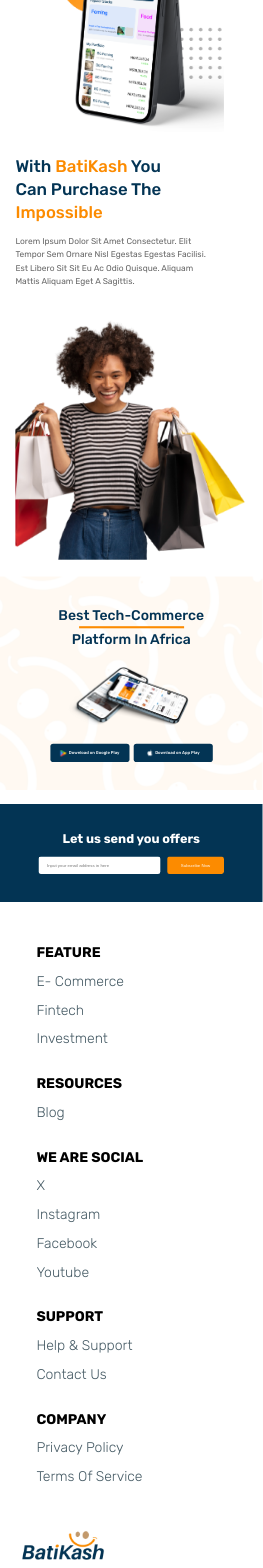
Repository: Batikashdev/batikash-website
Page: /
The author's editor kept a copy of each file at every save. The page is drawn from the files as they stood at one save, then again after the next save.
The browser window is 375 px wide. The pictures show the part of the page from y = 1952 to 4192 px (the page is 4192 px tall before and 4152 px after), at 70% of full size.
The project was rebuilt for these pictures with package versions that can differ from the ones it lists, and the page was loaded fresh each time. Also part of the build but not shown: vite.config.js, src/App.css, src/pages/About.jsx, src/components/blog/blog.scss, src/components/blog/BlogPost.jsx, src/components/blog/Frame1.jsx, src/components/blog/dummydate.js, src/pages/Blog.jsx and 6 more.

Above is the page before, as saved 2024-06-23 13:49:43.

After the next save:
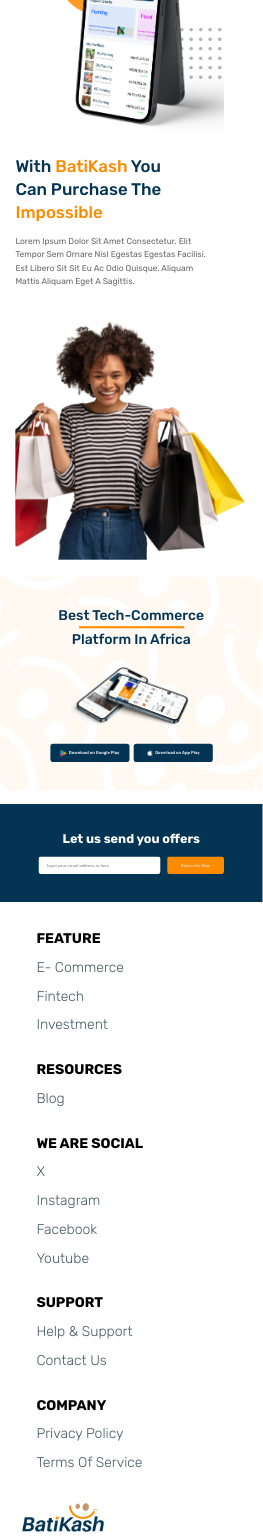
Saved 29 s later.
--- a/src/components/footer/footer.scss
+++ b/src/components/footer/footer.scss
@@ -151,7 +151,7 @@
             flex-direction: column;
             justify-content: space-between;
             font-size: 20px;
-            padding: 40px 12px;
+            padding: 20px 12px;
             ul {
                 font-weight: 700;
                 display: flex;
